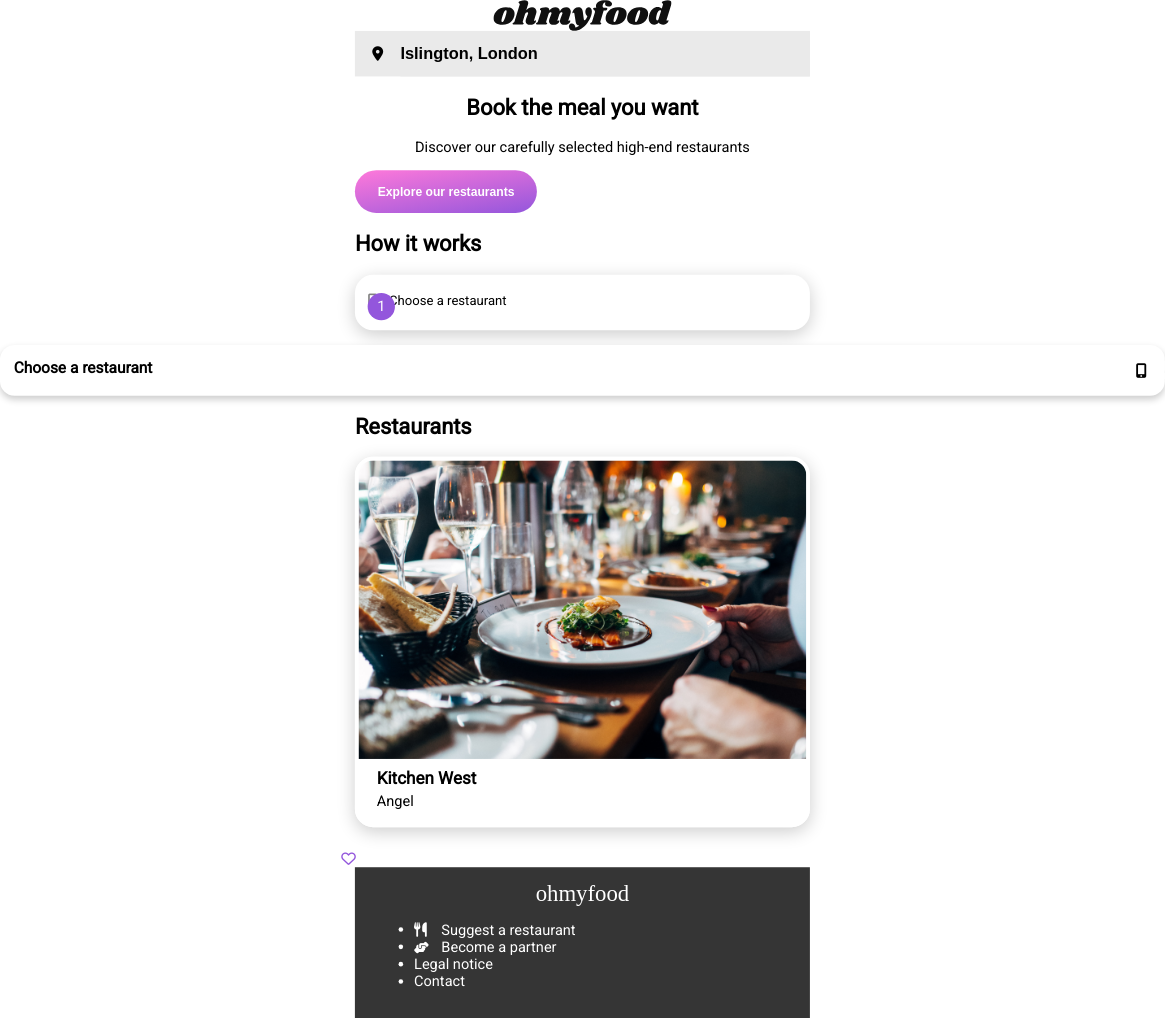
Repository: R1ptou/Project-3
Page: index.html
These files come from the project's save history. The page is drawn as it stood at one moment and after the next save; the edit follows.
The browser window is 1280 px wide. The pictures show the whole page, at 91% of full size.
Some web fonts or font styles are not loaded; a fallback is used. The style sheet was rebuilt from its Sass, Less or Tailwind sources for each picture, by a compiler version that may differ from the author's.

Above is the page before, as saved 2024-03-24 20:56:30.

### index.html
<!DOCTYPE html>
<html lang="en">
<head>
    <meta charset="UTF-8">
    <meta name="viewport" content="width=device-width, initial-scale=1.0">
    <title>ohmyfood</title>
    <link rel="preconnect" href="https://fonts.googleapis.com">
    <link rel="preconnect" href="https://fonts.googleapis.com">
    <link rel="preconnect" href="https://fonts.gstatic.com" crossorigin>
    <link href="https://fonts.googleapis.com/css2?family=Roboto&family=Shrikhand&display=swap" rel="stylesheet">
    <link rel="stylesheet" href="https://cdnjs.cloudflare.com/ajax/libs/font-awesome/6.2.1/css/all.min.css"
        integrity="sha512-MV7K8+y+gLIBoVD59lQIYicR65iaqukzvf/nwasF0nqhPay5w/9lJmVM2hMDcnK1OnMGCdVK+iQrJ7lzPJQd1w=="
        crossorigin="anonymous" referrerpolicy="no-referrer">
    <link rel="stylesheet" href="./css/style.css">
</head>
<body>
<!-- Nav -->
    <div class="container">
        <div class="logo"> <!-- Logo -->
            <img  src="./Images%20and%20text%20Ohmyfood/images/logo/ohmyfood@2x.svg" alt="ohmyfood logo" >
        </div>
            <form class="search-bar"> <!-- Search bar -->
                <div class="icon-search"><i class="text-black fa-solid fa-location-dot"></i></div>
                <input class="input-search" value="Islington, London" type="text">
            </form>
        <div> <!-- Headline -->
            <h2 class="headline"><strong>Book the meal you want</strong></h2>
            <p class="headline">Discover our carefully selected high-end restaurants</p>
        </div>
            <button type="submit" class="button-search">Explore our restaurants</button> <!-- Submit button -->
    </div>

<!-- How it works -->
    <main>
        <section class="container">
            <h2>How it works</h2>
            <ol class="list-group numbered card card-rest">
                <li class="list-item">
                    <span class="icon-pic fa-solid fa-mobile-screen-button"></span>
                    <span class="card-text">Choose a restaurant</span>
                </li>
            </ol>
        </section>

        <div class="menu-item menu-item-1">
            <div class="menu-item__body">
                <h4 class="menu-item__heading">Choose a restaurant</h4>

            </div>
            <div class="fa-solid fa-mobile-screen-button menu-item__price "></div>
            <div class="menu-item__checkmark">
                <i class="fas fa-check-circle fa-lg menu-item__checkmark-icon"></i>
            </div>
        </div>

<!-- Restaurants -->
        <section class="container">
            <h2>Restaurants</h2>

            <a href="#" class="card-rest">
                <img class="card-img" src="./Images%20and%20text%20Ohmyfood/images/restaurants/jay-wennington-N_Y88TWmGwA-unsplash.jpg" alt="">
                      <div class="card-content">
                        <h3 class="card-title">Kitchen West</h3>
                        <p class="card-subtitle">Angel</p>
                      </div>
            </a>
            <div class="heart">
                <span class="fa-solid fa-heart heart-icon heart-full"></span>
                <span class="fa-regular fa-heart heart-icon heart-empty"></span>

            </div>

        </section>

<!-- Header -->
<!-- Footer -->
<footer class="footer container">
    <div class="logo"> <!-- Logo -->
        <a href class="#top footer-logo" title="Back to top of the page" alt="Back to top of the page">ohmyfood</a>
     </div>
     <ul class="list">
        <li><a href="#"><span class="fa-solid fa-utensils footer-ico"></span>Suggest a restaurant</a></li>
        <li><a href="#"><i class="fa-solid fa-handshake-angle footer-ico ico-resize"></i>Become a partner</a></li>
        <li><a href="#">Legal notice</a></li>
        <li><a href="mailto:project3@ohmyfood.com" title="Email Us" alt="Email Us">Contact</a></li>
      </ul>
  </footer>
    </main>
</body>
</html>

### scss/style.scss
/****** General ***********/

@import "variables";
@import "base";
@import "list-group";
@import "card";
@import "button";

.container {
    max-width: 500px;
    margin: auto;
}


/****** Nav ***********/

/****** Logo ***********/

.logo {
    display: flex;
    justify-content: center;
}
/****** Search bar ***********/

.search-bar {
    display: flex;
    justify-content: center;
    background-color: $septenary-color;
}

.icon-search {
    display: flex;
    justify-content: center;
    align-items: center;
    width: 50px;
    height: 50px;
    flex-shrink: 0;
}

.input-search {
    display: flex;
    border-width: 0;
    border-style: none;
    width: 100%;
    padding: 0;
    font-weight: bold;
    font-size: 18px;
    background-color: $septenary-color;
    caret-color: $tertiary-color;
}
.input-search:focus {
    outline: none;
}

/****** Headline ***********/
.headline {
    display: flex;
    justify-content: center;
}

/****** How it works ***********/

ol {
    counter-reset: section;
}

li::before {
    counter-increment: section;
}

.numbered {
    clear: both;
    list-style: none;
    padding-left: 2%;
  }

.numbered li {
    margin: 0;
    padding-top: 0;
    display: block;
    position: relative;
    counter-increment: inst;
}

.numbered li::before {
    content: counter(inst);
    position: absolute;
    margin:0 0;
    background: $primary-color;
    border-radius: 50%;
    border: none;
    font-size: 1rem;
    color: #fff;
    text-align: center;
    width: 20px;
    height: 20px;
    padding: 5px;
    flex-shrink: 0;
}
.icon-pic {
    display: relative;
    background: none;
    color: grey;
    width: 20px;
    height: 20px;
    padding: 0;
    flex-shrink: 0;
}

.icon-pic:hover {
    color: $primary-color;
}

.menu-item {
	background: white;
	border-radius: 16px;
	box-shadow: 0 4px 8px 0 rgba(0,0,0,0.2);
	position: relative;
	overflow: hidden;
	cursor: pointer;
	display: flex;

	.menu-item__price {
		display: flex;
		align-items: center;
		padding: 20px;
	}

	&:hover {
		.menu-item__checkmark {
			width: 75px;
		}
		.menu-item__checkmark-icon {
			-webkit-transform: rotate(0deg);
			transform: rotate(0deg);
		}
	}

	.menu-item__body {
		width: 100%;
		padding: 15px;
		overflow: hidden;
		display: flex;
		flex-direction: column;

		.menu-item__content, .menu-item__heading {
			margin: 0;
			font-size: 15px;
			text-overflow: ellipsis;
			overflow: hidden;
			white-space: nowrap;
		}

		.menu-item__heading{
			font-size: 17px;
		}
	}

	.menu-item__checkmark {
		width: 0;
		background: $primary-color;
		transition: width 1s;
		right: 0;
		top: 0;
		bottom: 0;
		flex-shrink: 0;
		display: flex;
		justify-content: center;
		align-items: center;
	}

	.menu-item__checkmark-icon {

		transition: transform 1s;
		color: white;
	}
}


/****** Restaurants ***********/

.heart {
    position: relative;
    display:inline-block;
    height: 24px;
    width: 24px;
    top: 10px;
    right: 15px;
}

.heart-icon {
    position: absolute;
    display: inline-block;
    height: 24px;
    width: 24px;
    color: $primary-color;
}

.heart-empty {
    transition: opacity 1s;
    opacity: 1;
}

.heart-full {
    transition: opacity 1s;
    opacity: 0;
    background-image: $gradient;
    background-clip: text;
    -webkit-background-clip: text;
    color: transparent;
}

.heart:hover .heart-full {
    opacity: 1;
}

.heart:hover .heart-empty {
    opacity: 0;
}

/****** Starters ***********/


/****** Mains ***********/


/****** Deserts ***********/


/****** Button ***********/

.btn {
    background-color: $primary-color;
}

/****** Label ***********/


/****** Icon ***********/


/****** Footer ***********/

.footer {
    background-color: $octonary-color;
    color: #fff;
    padding: 15px 25px;
}

.footer-logo {
    color: #fff;
    font-family: $primary-serif;
    font-size: 25px;
    margin: 0;
}

.footer a {
    color: #fff;
}

.footer-ico {
    width: 30px;
}

.ico-resize {
    font-size: 13px;
}

### scss/_variables.scss
    $primary-color: #9356DC; // button, badge, icon hover
    $secondary-color: #FF79DA; // button gradient
    $tertiary-color: #99E2D0; // element hue
    $quaternary-color: #008766; // badge font
    $quinary-color: #7E7E7E; // icons
    $senary-color: #F6F6F6; // background hue (off-white)
    $septenary-color: #EAEAEA; // form field background
    $octonary-color: #353535; // footer background

    $gradient: linear-gradient(-10deg, #9356DC, #FF79DA);
    $gradient-hover: linear-gradient(120deg, #9356DC, #FF79DA);

    $primary-sans-serif: "Roboto", sans-serif;
    $primary-serif: "Shrikhand", serif;

### scss/_base.scss
body {
    margin: 0;
    padding: 0;
    color: #000;
    font-family: $primary-sans-serif;
    }

::selection {
    color: #000;
    background: $tertiary-color;
    }

a {
    text-decoration: none;
    }

a, a:visited {
    color: inherit;
    }

a:hover, a:focus {
    color: $tertiary-color;
}

* {
    box-sizing: border-box;
    -moz-box-sizing: border-box;
    -webkit-box-sizing: border-box;
    }

*:focus {
    outline: $tertiary-color solid 2px;
}

*:visited {}

html {
    scroll-behavior: smooth;
  }

a[title]:hover::after {
    opacity: 1;
    transition: all 0.1s ease 0.3s;
    visibility: visible;
}

a[title]:after {
    content: attr(title);
    color: $tertiary-color;
    position: absolute;
    top: 10px;
    left: 105%;
    z-index: 100;
    white-space: nowrap;
    border: solid 1px;
    padding: 5px;
    font-family: $primary-sans-serif;
    font-size: 0.7rem;
    opacity: 0;
    visibility: hidden;
}
[title] {
    position: relative;
}

### scss/_list-group.scss
// .numbered {
//     list-style-type: none;
//     counter-reset: section;
// }

.list-group {
    list-style-type: none;
    padding: 0;
    display: flex;
    flex-direction: column;
    justify-content: space-between;
    align-items: start;
}
.list-item {
    display: flex;
    justify-content: space-between;
    align-items: flex-start;
    position: relative;
    box-sizing: border-box;
    list-style-type: none;
    text-decoration: none;
}

### scss/_card.scss
.card-group {
    display: flex;
    flex-wrap: wrap;
    padding: 16px 25px;
}

.card {
    display: flex;
    flex-direction: row;
    padding: 16px 25px;
    background: #fff;
    border-radius: 25px;
    box-shadow: 1px 3px 6px 0px rgba(0, 0, 255, .2);
    font: 0.9rem "Roboto", sans-serif;
    color: #000;
}

/****** Restaurants ***********/



.card-rest {
    margin-bottom: 1rem;
    display: flex;
    flex-direction: column;
    background-color: var(#F6F6F6);
    box-shadow: 0 5px 20px rgba(0,0,0,0.2);
    border-radius: 20px;
    overflow: hidden;
    border: 4px solid #fff;
}

.card-img {
    object-fit: cover;
    width: 100%;
}

.card-content {
    padding: 10px 20px;
}

.card-title {
    margin: 0;
}

.card-subtitle {
    margin: 5px 0;
}

### scss/_button.scss
/****** Submit button ***********/


.button-search{
    padding: 16px 25px;
    color: #fff;
    font-weight: bold;
    background: $gradient;
    border-radius: 25px;
    border: none;
    justify-content: center;
    //transition: all 0.5s ease-out;
}

.button-search:hover,
.button-search:focus {
    background: $gradient-hover;
    outline: none;
    cursor: pointer;
    content:"";
    left: 120%;
}

After the next save:
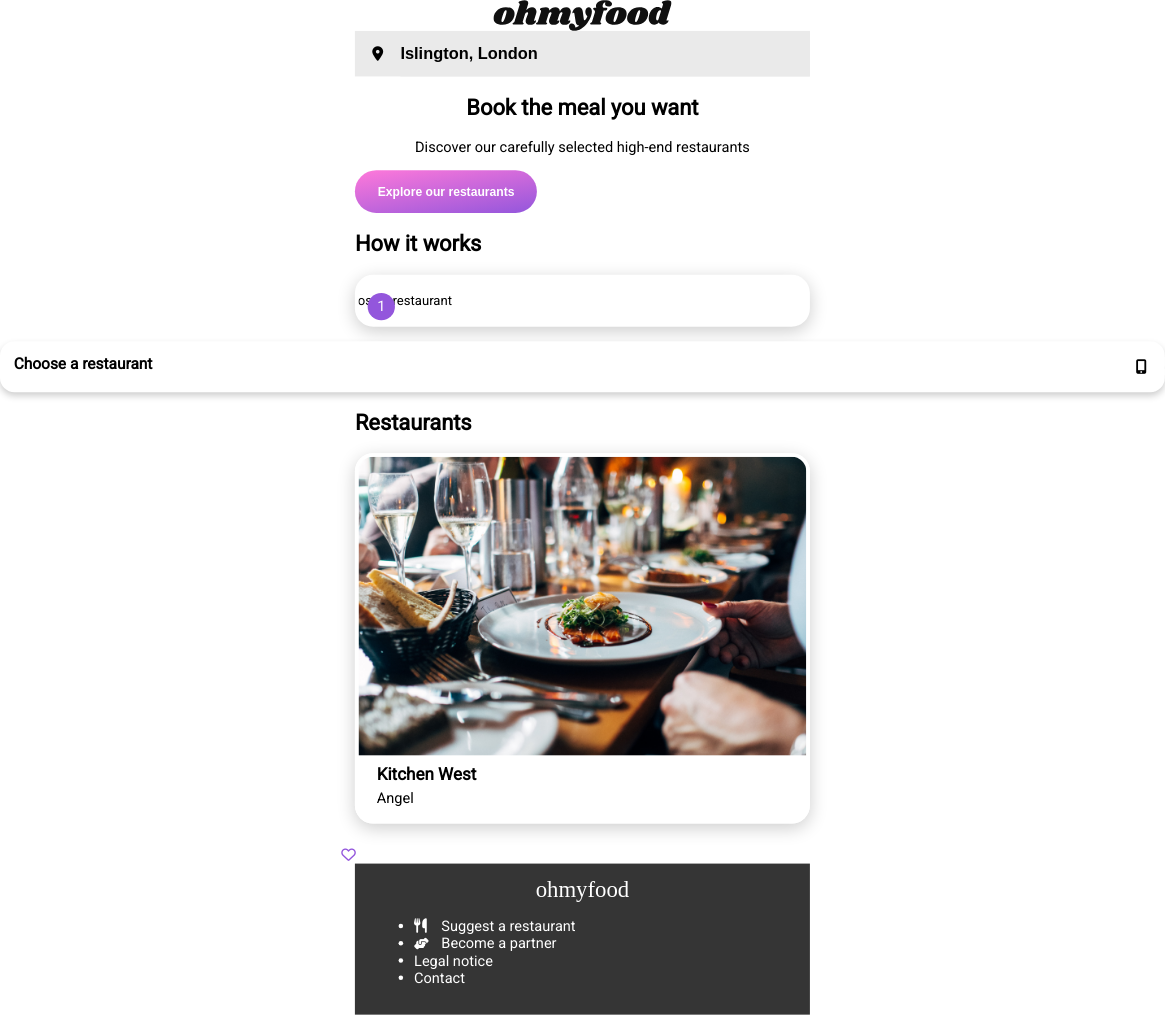
Saved 21 s later.
--- a/scss/style.scss
+++ b/scss/style.scss
@@ -103,6 +103,7 @@
     color: grey;
     width: 20px;
     height: 20px;
+    margin: -30px;
     padding: 0;
     flex-shrink: 0;
 }

After the save that followed:
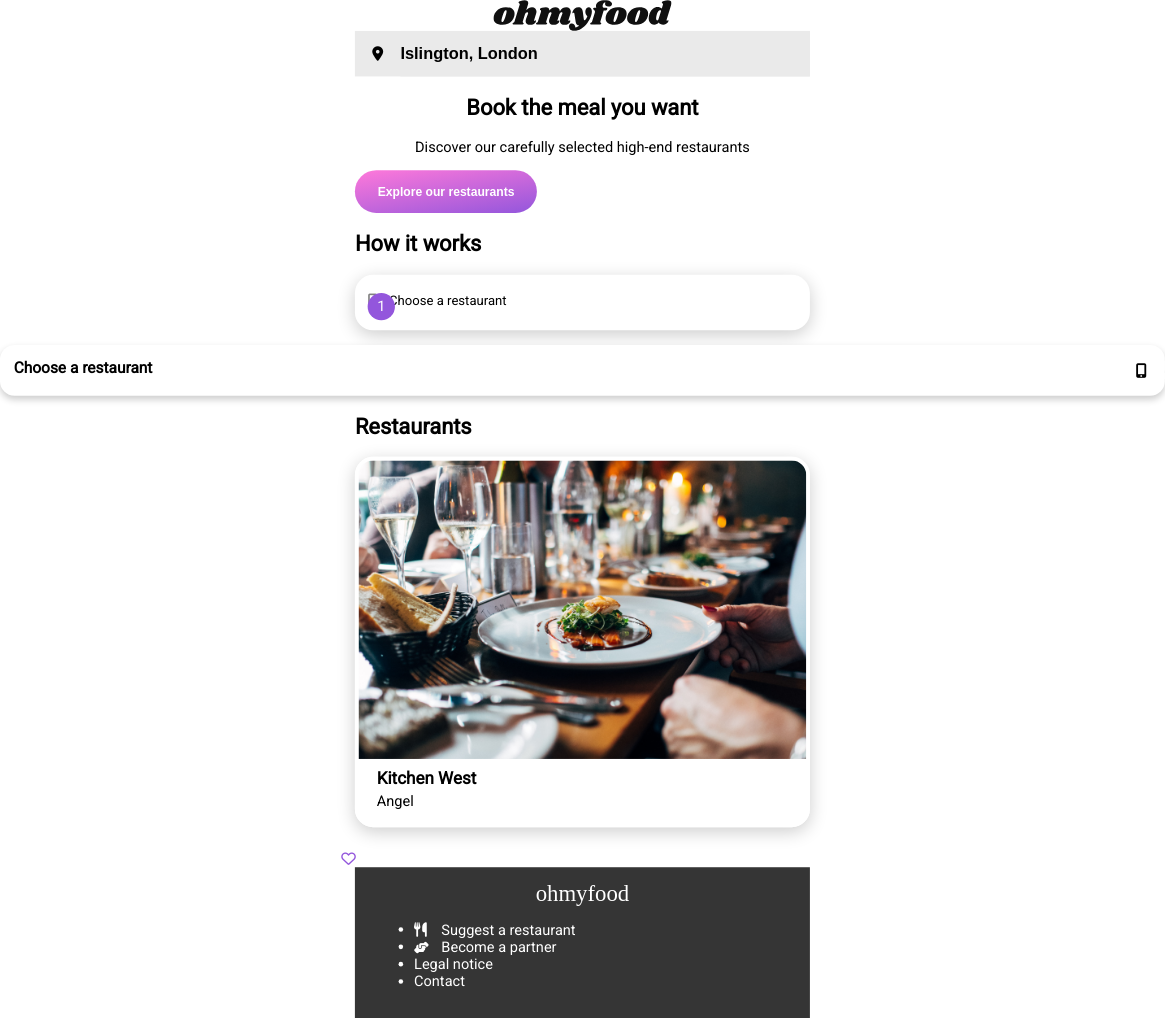
Saved 31 s later.
--- a/scss/style.scss
+++ b/scss/style.scss
@@ -103,7 +103,6 @@
     color: grey;
     width: 20px;
     height: 20px;
-    margin: -30px;
     padding: 0;
     flex-shrink: 0;
 }
